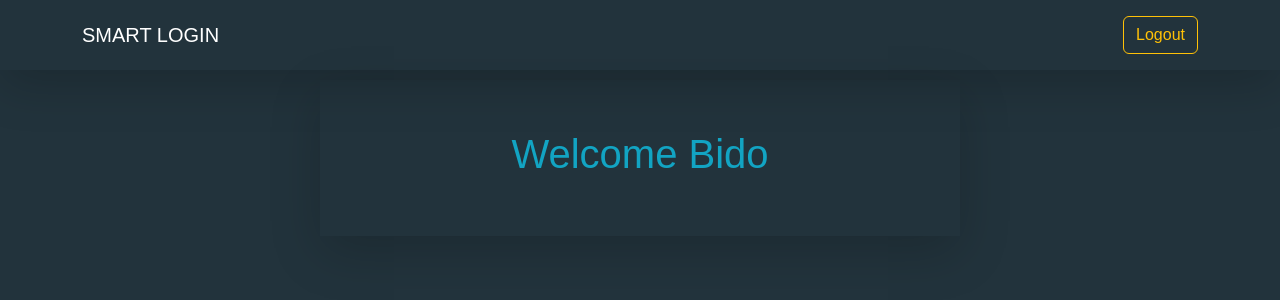
Repository: bodajava/TASK-4
Page: theerdIndex.html
These files come from the project's save history. The page is drawn as it stood at one moment and after the next save; the edit follows.
The browser window is 1280 px wide. The pictures show the whole page.

Above is the page before, as saved 2025-06-18 19:49:00.
Console error: TypeError: welcome is not a function

After the next save:
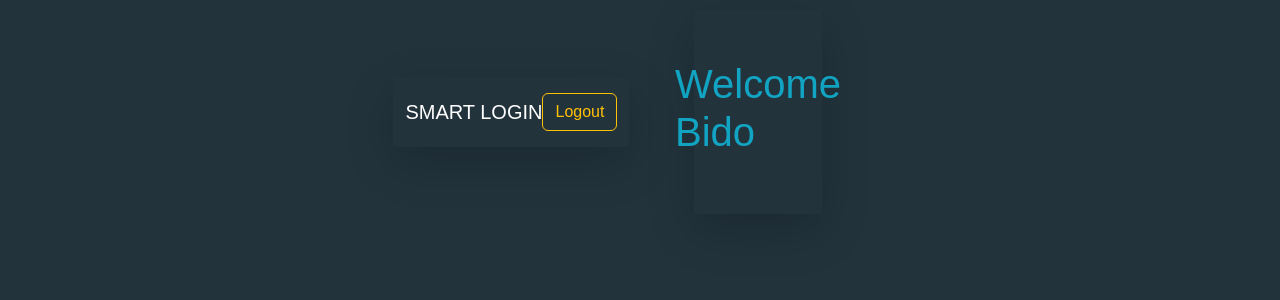
Saved 63 s later.
--- a/CSS/style.css
+++ b/CSS/style.css
@@ -1,3 +1,114 @@
+* {
+  padding: 0;
+  margin: 0;
+  box-sizing: border-box;
+}
+
+body {
+  background-color: #24353f;
+  display: flex;
+  justify-content: center;
+  align-items: center;
+  font-family: Arial, sans-serif;
+}
+
+#item {
+  margin-top: 60px;
+  margin-left: 390px;
+  margin-right: 390px;
+  padding-left: 15px;
+  padding-right: 15px;
+}
+
+#item2 {
+  box-shadow: 0 0 20px rgba(0, 0, 0, 0.2);
+  margin-left: 138.75px;
+  margin-right: 138.75px;
+  padding-left: 60px;
+  padding-right: 60px;
+  padding-top: 60px;
+  padding-bottom: 60px;
+}
+
+h1 {
+  color: #189bb1;
+}
+
+.anchor {
+  text-decoration: none;
+}
+
+.anchor:hover {
+  text-decoration: underline;
+}
+
+.paragraph {
+  font-size: 20px;
+  line-height: 30px;
+  font-weight: 400;
+  color: white;
+}
+
+.paragraph a {
+  font-size: 20px;
+  line-height: 30px;
+  font-weight: 400;
+  color: white;
+}
+
+.form-control {
+  background-color: #24353f;
+  border: 1px solid white;
+  color: #fff;
+  border-radius: 5px;
+}
+
+.form-control::placeholder {
+  color: #a0a0a0;
+}
+
+.form-control:focus {
+  background-color: #24353f;
+  color: #fff;
+  border-color: #189bb1;
+  outline: none;
+  box-shadow: none;
+}
+
+.btnn {
+  text-decoration: none;
+  color: #189bb1;
+}
+
+.btnn:hover {
+  color: white;
+}
+
+#box {
+  box-shadow: -5px 2px 54px -9px rgba(0, 0, 0, 1);
+}
+
+#nav {
+  background-color: #24353f !important;
+}
+
+#container {
+  box-shadow: -5px 2px 54px -9px rgba(0, 0, 0, 1);
+}
+
+#margen {
+  margin-left: 90px;
+  font-size: 25px;
+  line-height: 38px;
+  font-weight: 400;
+  color: white;
+}
+
+ul li {
+  margin-right: 90px;
+  padding-bottom: 10px;
+}
+
 @media screen and (max-width: 575px) {
   .smart-app {
     width: 95% !important;
